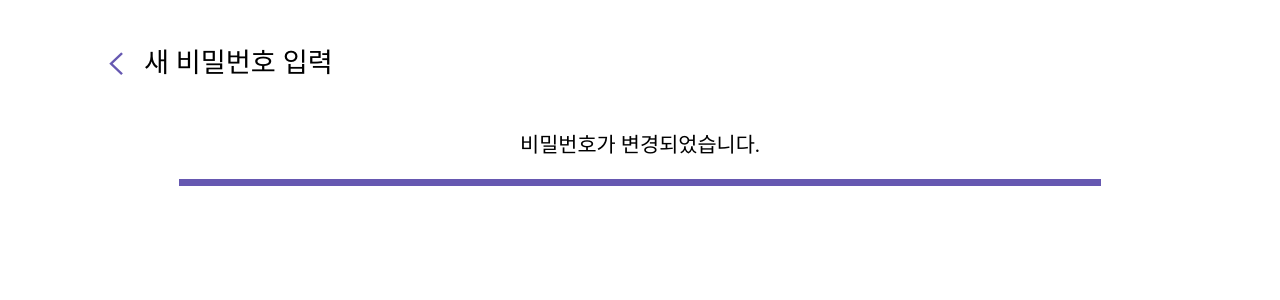
Repository: PEPI-dev/UI
Page: edit_profile/change_done.html
An editor plug-in stored every save of this project. The page is shown before and after the next save, followed by the edit.
The browser window is 1280 px wide. The pictures show the whole page.
Some web fonts or font styles are not loaded; a fallback is used.

Above is the page before, as saved 2023-12-05 17:28:44.

After the next save:
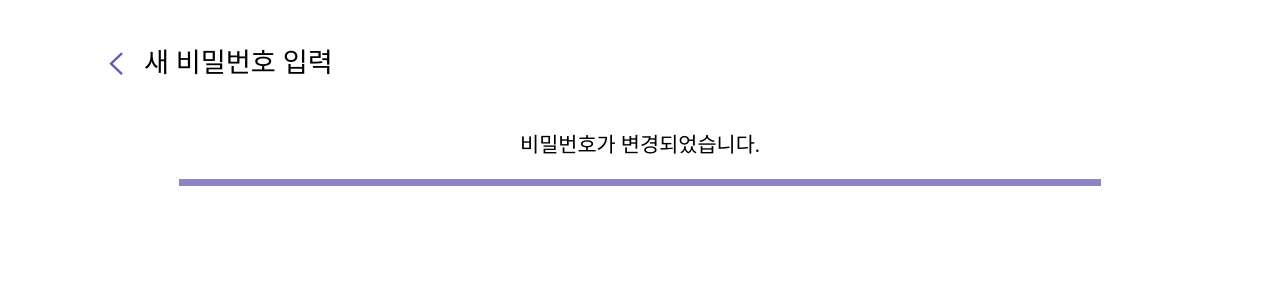
Saved 5 s later.
--- a/edit_profile/change_done.css
+++ b/edit_profile/change_done.css
@@ -4,7 +4,7 @@
 }
 
 .line {
-    border-top: 7px solid #6658B1;
+    border-top: 7px solid #6558b1b9;
     width: 90%;
     margin: 0 auto;
     margin-top: 20px;

After the 2 saves that followed:
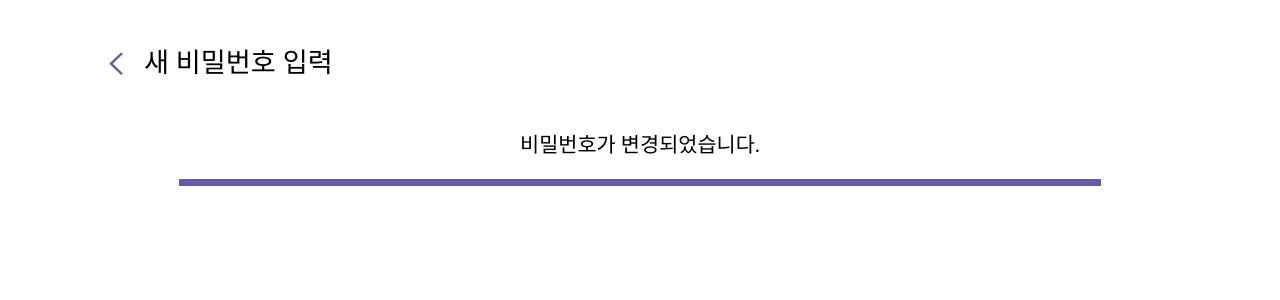
The 2 saves are shown as one change because they came seconds apart.
The last was saved 7 s later.
--- a/edit_profile/change_done.css
+++ b/edit_profile/change_done.css
@@ -4,7 +4,7 @@
 }
 
 .line {
-    border-top: 7px solid #6558b1b9;
+    border-top: 7px solid rgb(101, 88, 177);
     width: 90%;
     margin: 0 auto;
     margin-top: 20px;
